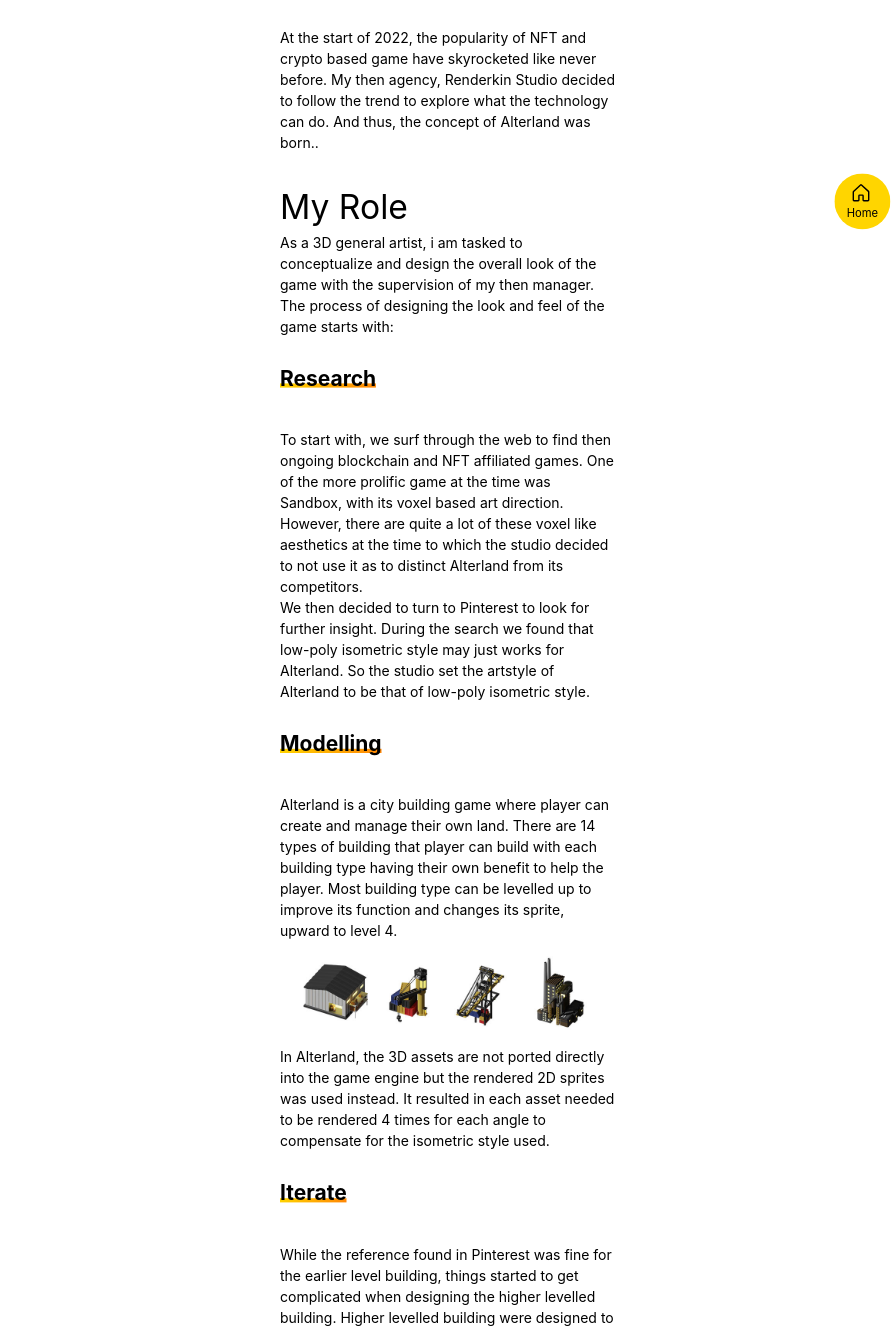
Repository: thortato/thortato.github.io
Page: /Alterland
These files come from the project's save history. The page is drawn as it stood at one moment and after the next save; the edit follows.
The browser window is 1280 px wide. The pictures show the part of the page from y = 384 to 2284 px (the page is 3850 px tall), at 70% of full size.
The project was rebuilt for these pictures with package versions that can differ from the ones it lists, and the page was loaded fresh each time. Also part of the build but not shown: src/App.css, src/Pages/Sidebar.js, src/Components/HeroImage.js, src/Pages/HeroSection.js, src/Pages/About.js, src/Components/Card.js, src/Pages/Works.js, src/Pages/ContactMe.js and 2 more.

Above is the page before, as saved 2023-10-04 20:05:16.

After the next save:
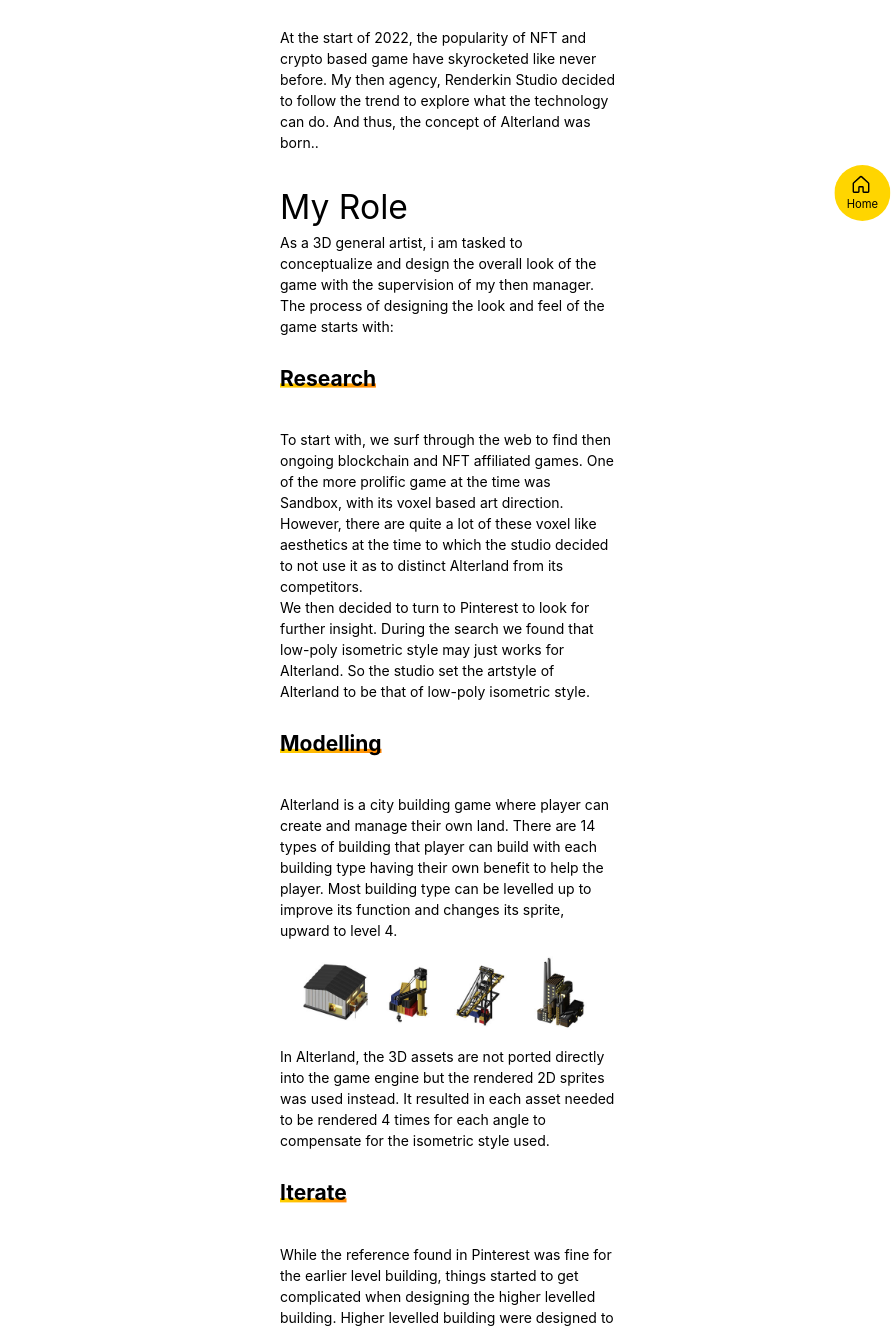
Saved 21 s later.
--- a/src/Components/HomeButton.js
+++ b/src/Components/HomeButton.js
@@ -3,7 +3,7 @@
 
 export const HomeButton = () =>{
     return(
-        <div className="bg-amber w-20 h-20 mx-auto rounded-full fixed bottom-2 right-2 flex items-center justify-center z-50" >
+        <div className="bg-amber w-20 h-20 mx-auto rounded-full fixed bottom-5 right-2 flex items-center justify-center z-50" >
             <Link to="/">
             <House className="ml-1" size={32}/>
             Home
